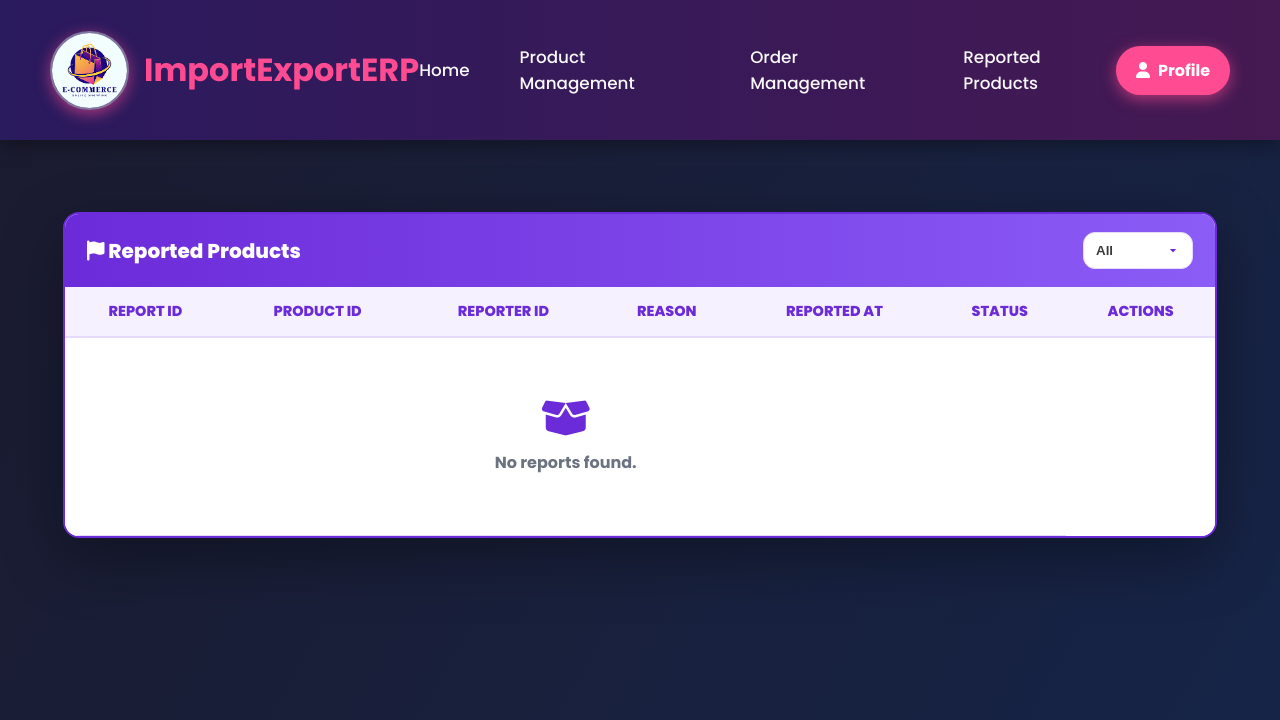
Repository: Shravanibadabe/Import_export_erp_system-seller-
Page: http://localhost/Report_product/reported_products.jsp
An editor plug-in stored every save of this project. The page is shown before and after the next save, followed by the edit.
The browser window is 1280 px wide. The pictures show the whole page.
The page is served by Tomcat 10. The template is opened directly, without the code that normally fills it, so the values that code supplies are empty.

Above is the page before, as saved 2026-01-30 09:27:28.

After the next save:
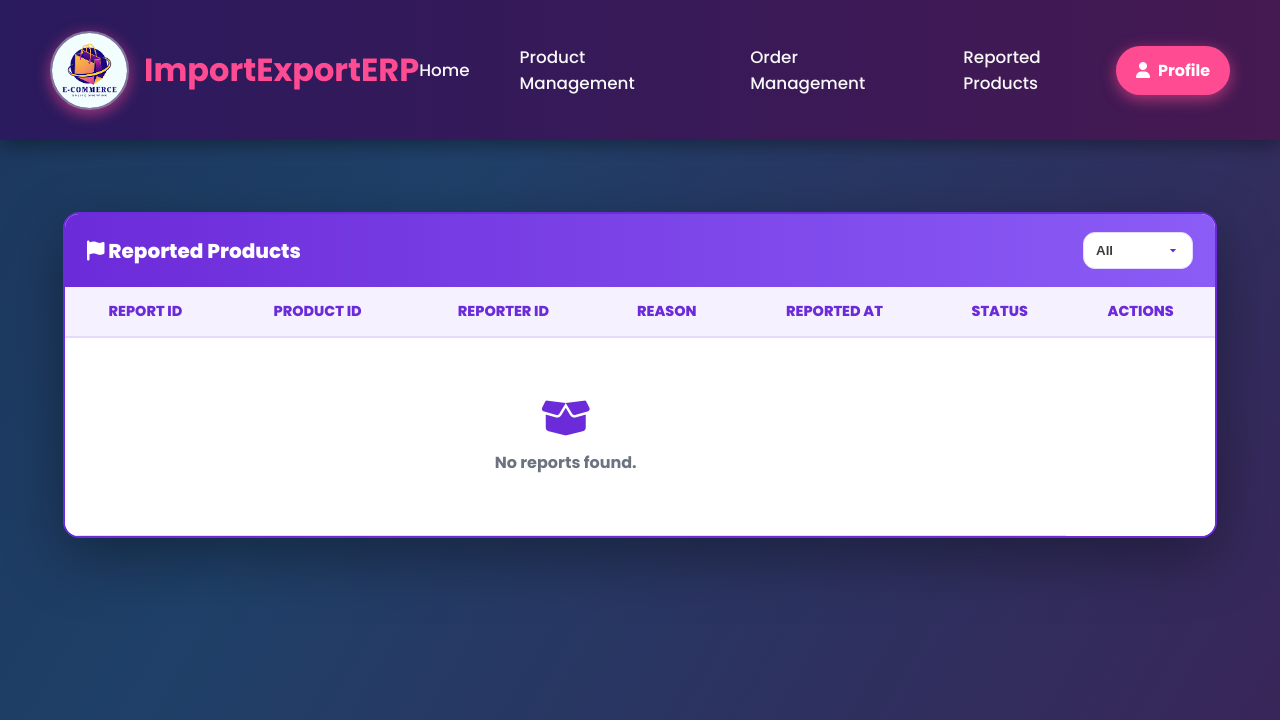
Saved 3 min 50 s later.
--- a/Report_product/src/main/webapp/reported_products.jsp
+++ b/Report_product/src/main/webapp/reported_products.jsp
@@ -43,27 +43,10 @@ body {
 	color: var(--ink);
 }
 
-@
-keyframes gradientShift { 0%{
-	background-position: 0% 50%
-}
-
-50
-%
-{
-background-position
-:
-100%
-50%
-}
-100
-%
-{
-background-position
-:
-0%
-50%
-}
+@keyframes gradientShift{
+  0%{background-position:0% 50%}
+  50%{background-position:100% 50%}
+  100%{background-position:0% 50%}
 }
 
 /* Navbar */
